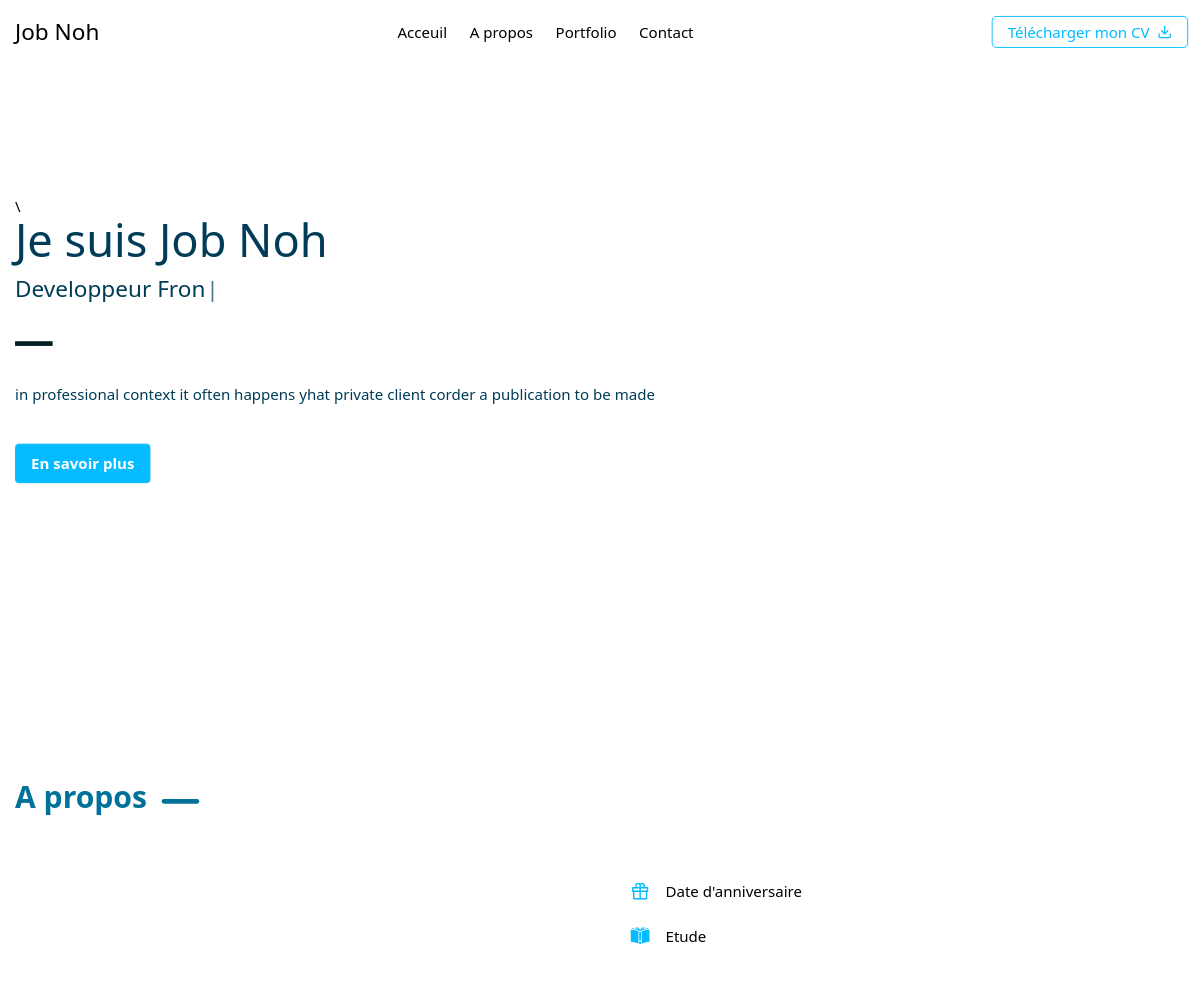
Repository: anoy1010/Nextportfolio
Page: /
The author's editor kept a copy of each file at every save. The page is drawn from the files as they stood at one save, then again after the next save.
The browser window is 1280 px wide. The pictures show the whole page, at 94% of full size.
Backgrounds fixed to the window are drawn as part of the page. The project was rebuilt for these pictures with package versions that can differ from the ones it lists, and the page was loaded fresh each time. The framework's server and built-in components were replaced by stand-ins that run in the browser. Also part of the build but not shown: next.config.js, styles/Home.module.css.

Above is the page before, as saved 2023-03-06 17:37:25.

### pages/index.js
import Head from 'next/head'
import Image from 'next/image'
import { Inter } from '@next/font/google'
import styles from '../styles/Home.module.css'
import Navbar from '../components/Navbar'
import Hero from '../components/Hero'
import About from '../components/About'
const inter = Inter({ subsets: ['latin'] })

export default function Home() {
  return (
    <>
      <Head>
        <title>Portfolio | Noh Job</title>
        <meta name="description" content="Generated by create next app" />
        <meta name="viewport" content="width=device-width, initial-scale=1" />
        <link rel="icon" href="/favicon.ico" />
      </Head>

      <header>
        < Navbar />
      </header>

      <main>
        <Hero />
        <About/>
      </main>

    </>
  )
}

### styles/globals.css
@tailwind base;
@tailwind components;
@tailwind utilities;

@layer components {
  .btn{
    @apply bg-[#04bbff] text-white py-2 px-4 rounded inline-block mt-10 font-bold border border-[#04bbff] hover:bg-transparent hover:text-[#04bbff] transition duration-200
  }
}

### components/Navbar.js
import Link from 'next/link'
import React from 'react'
import {FiDownload} from 'react-icons/fi'
import {RiMenu5Line} from 'react-icons/ri'

const Navbar = () => {
  return (
    <div className='bg-white fixed top-0 w-[100%] z-10 '>
        <div className='container mx-auto flex justify-between items-center py-4 px-4'>
            <div className='text-[24px]'>Job Noh</div>

            <div className='hidden md:flex gap-6'>

                <Link href='/Acceuil' className='hover:text-[#04bbff]'>
                    Acceuil
                </Link>
                <Link href='/A propos' className='hover:text-[#04bbff]' >
                    A propos
                </Link>
                <Link href='/Portfolio' className='hover:text-[#04bbff]'>
                    Portfolio
                </Link>
                <Link href='/Contact' className='hover:text-[#04bbff]'>
                    Contact
                </Link>



            </div>

            <a href='#' className='hidden  md:flex border border-[#04bbff] px-4 py-1 text-[#04bbff] rounded-[5px] items-center gap-2 hover:bg-[#04bbff] hover:text-white transition duration-200 '>
                Télécharger mon CV
                <FiDownload/>
                </a>

            <div className='md:hidden text-[24px] '>
                <RiMenu5Line/>
            </div>
        </div>
    </div>
  )
}

export default Navbar

### components/Hero.js
import React from 'react'

import Typewriter, { TypewriterClass } from "typewriter-effect"
import Button from '../components/Button'

const Hero = () => {
  return (
    <div className='bg-[url("")] h-screen bg-cover bg-center bg-fixed flex items-center'>
        <div className='container mx-auto px-4'>\
            <div className='max-x-[450px] text-[#003c57] flex flex-col gap-[40px]'>
                <div>
                    <h1 className='text-5xl'>
                        Je suis Job Noh
                    </h1>
                    <h4 className=' text-2xl mt-3'>
                        <Typewriter
                            options = {{
                                strings: [
                                    "Developpeur Front-end",
                                    "Developpeur Back-end",
                                    "Analyste de donnée",
                                    "Chef de projet",
                                    "Graphic designer",
                                    "Developpeur mobile"
                                ],
                                changeDelay:3,
                                changeDeleteSpeed:2,
                                autoStart:true,
                                loop:true,
                            }}
                        />
                    </h4>
                </div>

                <div className='bg-[#051c24] h-[5px] w-[40px] '>
                </div>

                <div>
                    <p>
                    in professional context it often happens yhat private client
                    corder a publication to be made
                    </p>
                    <Button link="#" text="En savoir plus" />
                </div>

            </div>

        </div>
    </div>
  )
}

export default Hero

### components/About.js
import React from 'react'
import Heading from './Heading'
import {AiOutlineGift} from 'react-icons/ai'
import {GiBookCover} from 'react-icons/gi'

const About = () => {
  return (
    <section className='container mx-auto py-10 px-4'>

        <Heading title="A propos"/>

        <div className='grid grid-cols-1 md:grid-cols-2 gap-[60px]'>

            <div>
                <img className='w-[400px]' src="/" alt="" />
            </div>
            <div>
                <div className='flex items-center justify-between w-[300px]'>
                    <div className='flex flex-col gap-6'>

                        <div className='flex gap-4 items-center font-medium '>
                            <AiOutlineGift className='text-[#04bbff] text-[22px]' />
                            Date d'anniversaire
                        </div>
                        <div className='flex gap-4 items-center font-medium '>
                            <GiBookCover className='text-[#04bbff] text-[22px]' />
                            Etude
                        </div>

                    </div>
                </div>
            </div>
        </div>

    </section>
  )
}

export default About

### components/Button.js
import React from 'react'

const Button = ({text, link}) => {
  return (
    <a href={link}className='btn'>{text}</a>
  )
}

export default Button

### components/Heading.js
import React from 'react'

const Heading = ({title}) => {
  return (
    <div className='text-[#007198] text-[32px] font-bold flex items-center gap-4 py-16'>
        {title}
        <div className='bg-[#007198] h-[5px] w-[40px] translate-y-1 rounded'></div>
    </div>
  )
}

export default Heading

Loaded but not shown: pages/_app.js (common file); pages/_document.js (common file); tailwind.config.js (common file)

After the next save:
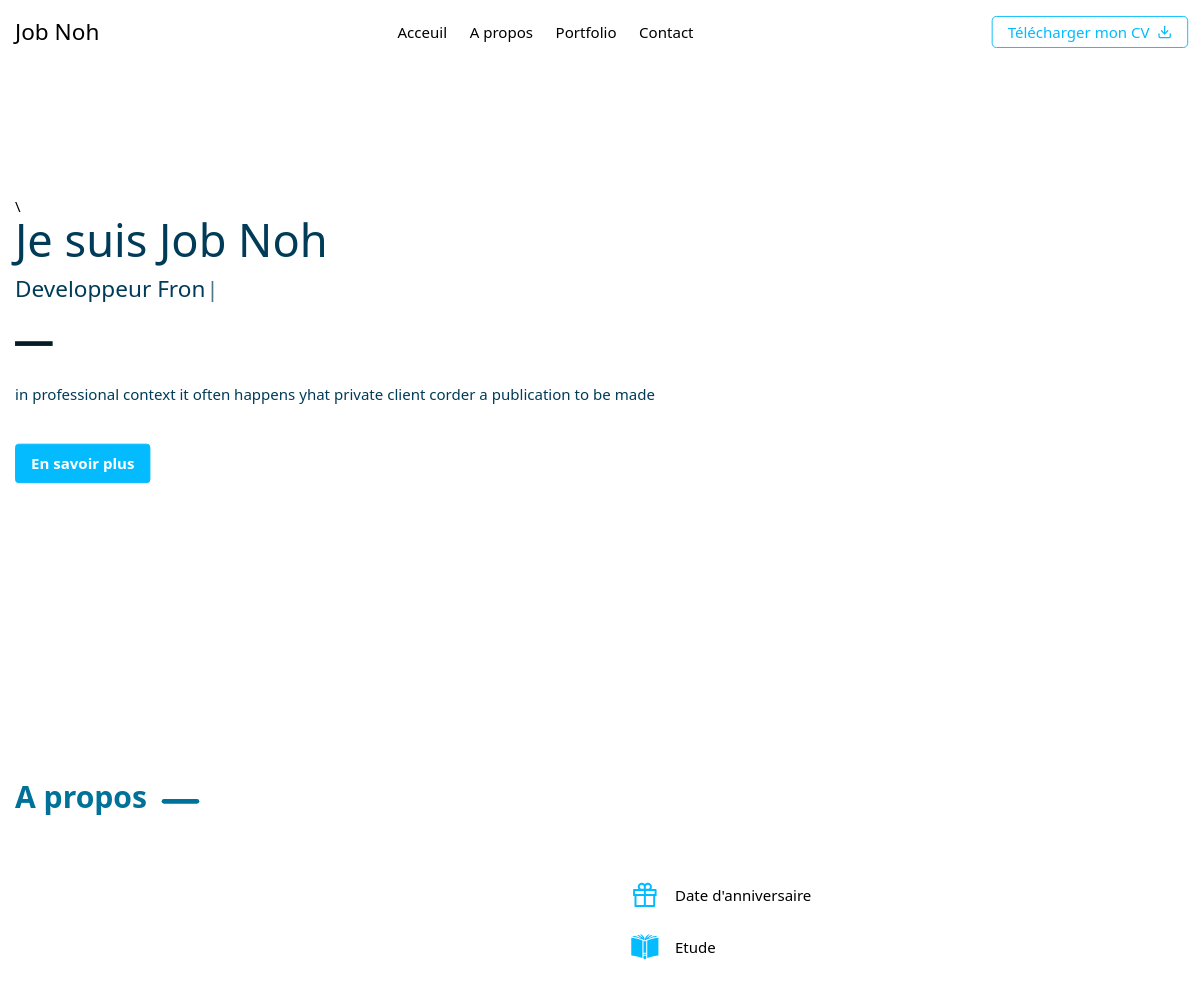
Saved 40 s later.
--- a/components/About.js
+++ b/components/About.js
@@ -19,11 +19,11 @@ const About = () => {
                     <div className='flex flex-col gap-6'>
 
                         <div className='flex gap-4 items-center font-medium '>
-                            <AiOutlineGift className='text-[#04bbff] text-[22px]' />
+                            <AiOutlineGift className='text-[#04bbff] text-[32px]' />
                             Date d'anniversaire
                         </div>
                         <div className='flex gap-4 items-center font-medium '>
-                            <GiBookCover className='text-[#04bbff] text-[22px]' />
+                            <GiBookCover className='text-[#04bbff] text-[32px]' />
                             Etude
                         </div>
 
